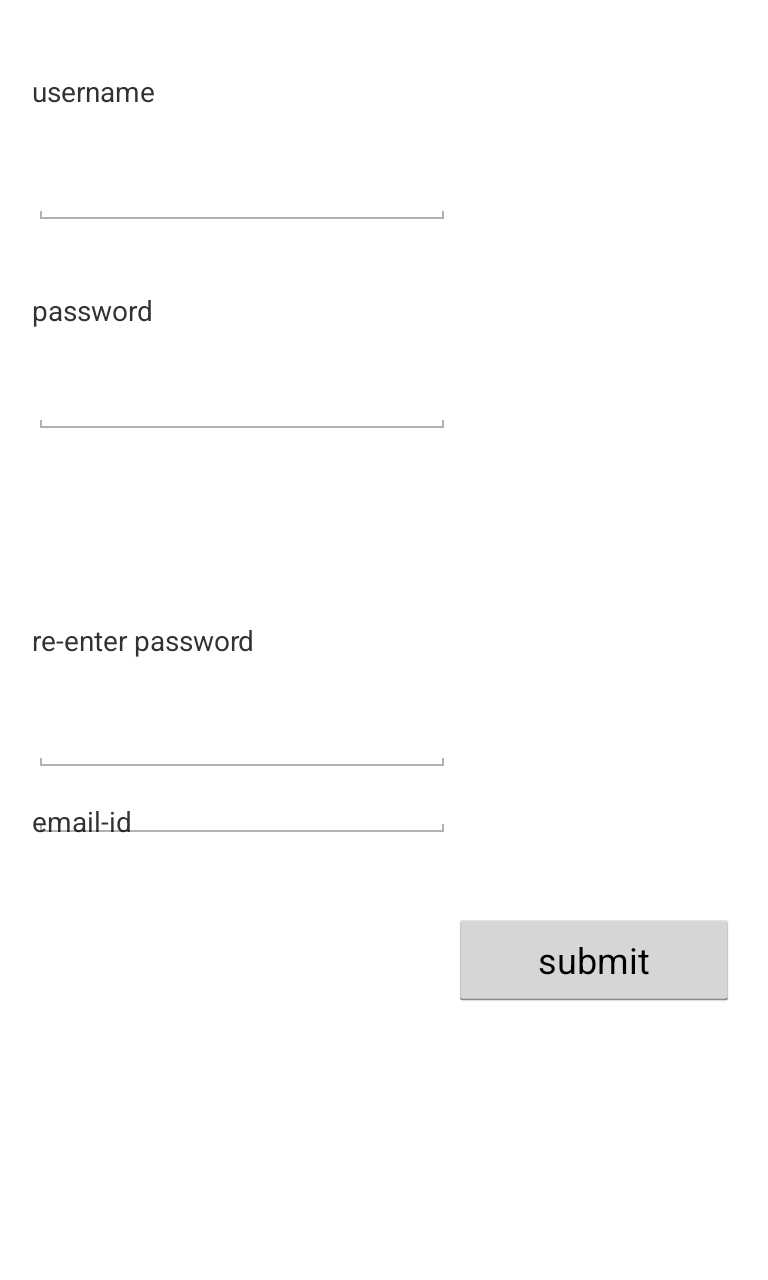
Repository: arjuntheprogrammer/iact
Layout: iact/iact android practice/mywork/login/res/layout/activity_third.xml
An editor plug-in stored every save of this project. The layout is shown before and after the next save, followed by the edit.
It is drawn on a 768 x 1280 px phone screen (xhdpi) without system bars, with theme AppTheme; the app's code is not run.

Above is the layout before, as saved 2016-01-04 13:06:51.

After the next save:
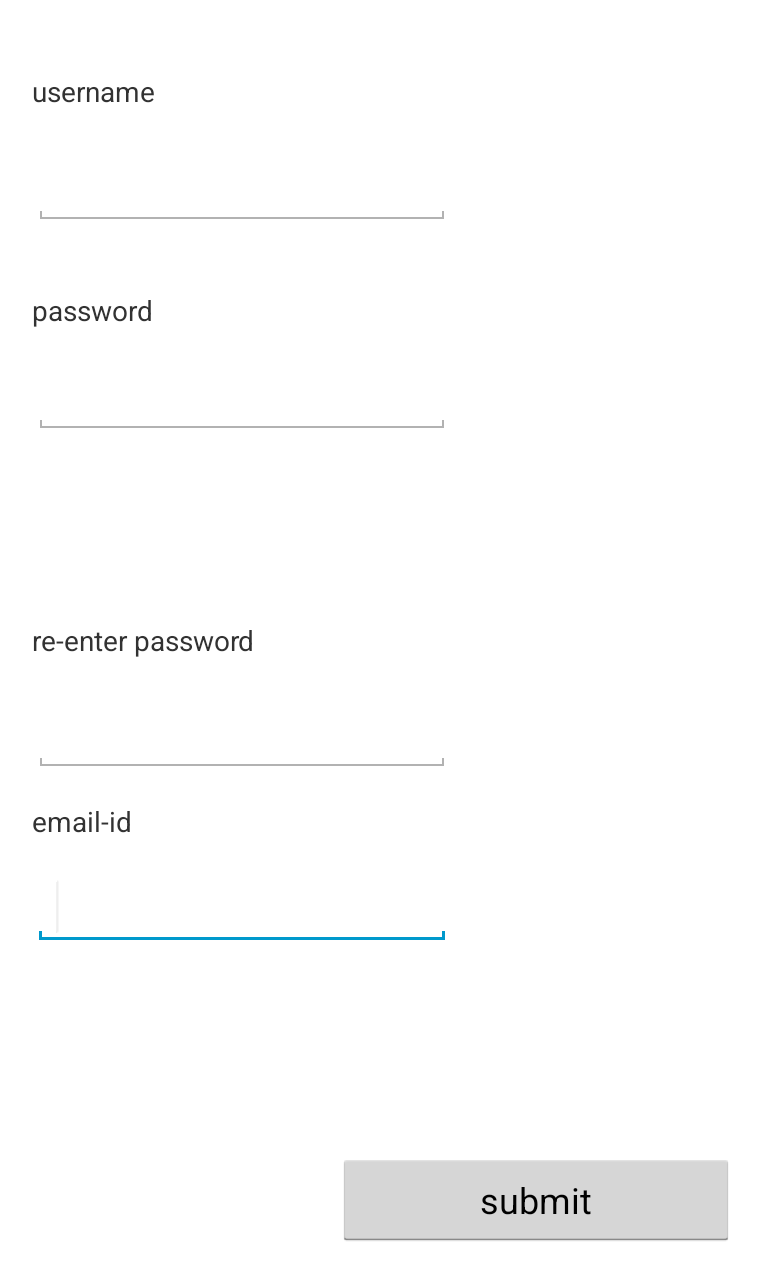
Saved 23 s later.
--- a/iact/iact android practice/mywork/login/res/layout/activity_third.xml
+++ b/iact/iact android practice/mywork/login/res/layout/activity_third.xml
@@ -74,22 +74,25 @@
         android:ems="10"
         android:inputType="textPassword" />
 
+    <Button
+        android:id="@+id/button1"
+        android:layout_width="200dp"
+        android:layout_height="wrap_content"
+        android:layout_alignParentBottom="true"
+        android:layout_alignParentRight="true"
+        android:text="submit" />
+
     <EditText
         android:id="@+id/editText4"
         android:layout_width="wrap_content"
         android:layout_height="wrap_content"
-        android:layout_above="@+id/button1"
         android:layout_alignLeft="@+id/textView4"
+        android:layout_below="@+id/textView4"
+        android:layout_marginTop="14dp"
         android:ems="10"
-        android:inputType="textEmailAddress" />
+        android:inputType="textEmailAddress" >
 
-    <Button
-        android:id="@+id/button1"
-        android:layout_width="200dp"
-        android:layout_height="wrap_content"
-        android:layout_below="@+id/textView4"
-        android:layout_marginTop="36dp"
-        android:layout_toRightOf="@+id/editText4"
-        android:text="submit" />
+        <requestFocus />
+    </EditText>
 
 </RelativeLayout>
